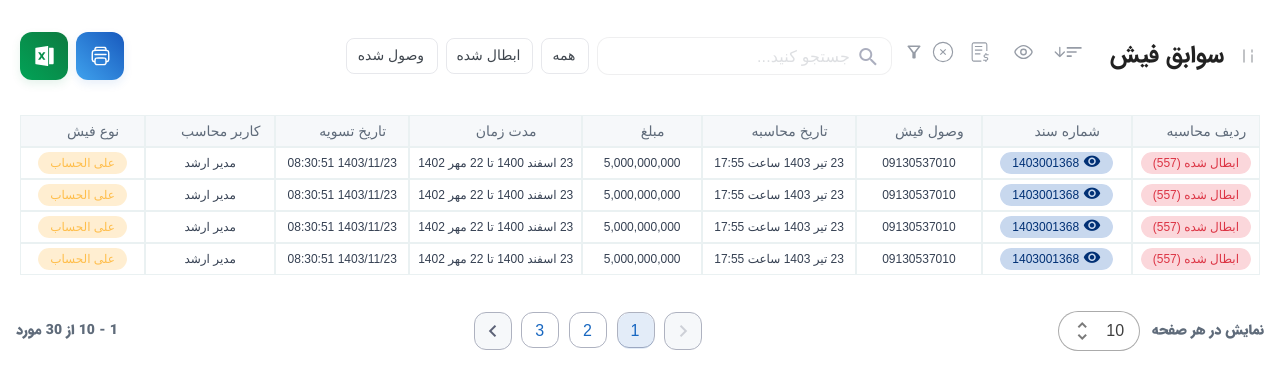
Repository: mobinazarein/data-table
Page: /
The author's editor kept a copy of each file at every save. The page is drawn from the files as they stood at one save, then again after the next save.
The browser window is 1280 px wide. The pictures show the whole page.
Some web fonts or font styles are not loaded; a fallback is used. The project was rebuilt for these pictures with package versions that can differ from the ones it lists, and the page was loaded fresh each time. Also part of the build but not shown: vue.config.js.

Above is the page before, as saved 2025-03-26 11:33:46.

After the next save:
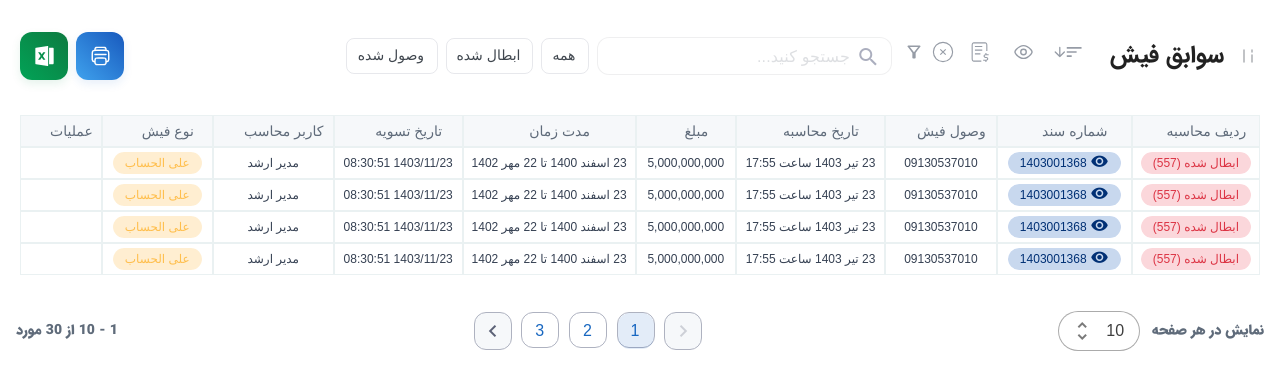
Saved 70 s later.
--- a/src/App.vue
+++ b/src/App.vue
@@ -37,7 +37,8 @@ const pageData = ref({
     { title: 'مدت زمان', key: 'duration', align: 'center', sortable: true, width: '165px' },
     { title: 'تاریخ تسویه', key: 'settlementDate', align: 'center', sortable: true, width: '139px' },
     { title: 'کاربر محاسب', key: 'user', align: 'center', sortable: true, width: '139px' },
-    { title: 'نوع فیش', key: 'receiptType', align: 'center', sortable: true, width: '139px' }
+    { title: 'نوع فیش', key: 'receiptType', align: 'center', sortable: true, width: '139px' },
+    { title: 'عملیات', key: 'action' }
   ],
   items: [
     {
